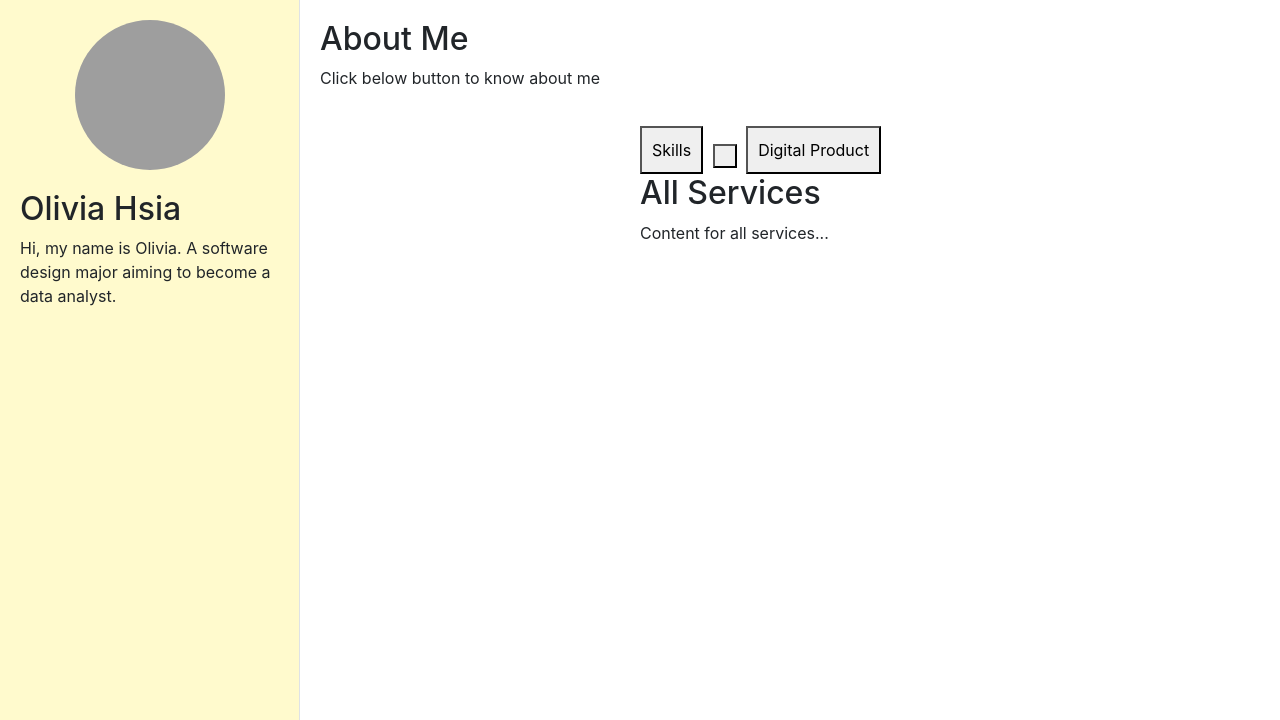
Repository: oliviahsia/FinalProject
Page: src/main/webapp/WEB-INF/main.html
These files come from the project's save history. The page is drawn as it stood at one moment and after the next save; the edit follows.
The browser window is 1280 px wide. The pictures show the whole page.
Pictures or frames that could not be fetched are drawn as grey boxes. An inner scrolling area shows only its first screen. Some web libraries are served in a nearby version.

Above is the page before, as saved 2024-03-08 22:37:33.

### src/main/webapp/WEB-INF/main.html
<!DOCTYPE html>
<html lang="en">

<head>
  <meta charset="UTF-8">
  <meta name="viewport" content="width=device-width, initial-scale=1.0">
  <title>Olivia's Portfolio</title>

  <!-- Bootstrap CSS -->
  <link rel="stylesheet" href="https://stackpath.bootstrapcdn.com/bootstrap/4.5.2/css/bootstrap.min.css">

  <!-- External CSS File -->
  <link rel="stylesheet" href="main.css">
</head>

<body>
  <div class="fixed-left">
    <!-- Content in left column -->
    <img src="https://lh3.googleusercontent.com/a/ACg8ocKWVQM9hWLLmIxDOQ-8DDjxv5seJuP0P7FXzxbhLupS1Ffm=s576-c-no" alt="Olivia Hsia" class="profile-pic">
    <h2>Olivia Hsia</h2>
    <p>Hi, my name is Olivia. A software design major aiming to become a data analyst. </p>
  </div>

  <div class="scrollable-right">
    <!-- Content in right column -->
    <h2>About Me</h2>
    <p>Click below button to know about me</p>

    <div class="scrollable-right">
      <!-- Navigation buttons -->
      <div class="navigation-buttons">
        <button onclick="showSection('all')">Skills</button>
        <button onclick="showSection('call')"></button>
        <button onclick="showSection('digital')">Digital Product</button>
      </div>

      <!-- Content sections -->
      <div id="all" class="content-section">
        <h2>All Services</h2>
        <p>Content for all services...</p>
      </div>
      <div id="call" class="content-section" style="display: none;">
        <h2>1:1 Calls</h2>
        <p>Content for 1:1 calls...</p>
      </div>
      <div id="digital" class="content-section" style="display: none;">
        <h2>Digital Products</h2>
        <p>Content for digital products...</p>
      </div>
    </div>

    <!-- Add more content as needed to enable scrolling -->
  </div>

  <!-- Bootstrap JS and dependencies (Optional) -->
  <script src="https://code.jquery.com/jquery-3.5.1.slim.min.js"></script>
  <script src="https://cdn.jsdelivr.net/npm/@popperjs/core@2.5.4/dist/umd/popper.min.js"></script>
  <script src="https://stackpath.bootstrapcdn.com/bootstrap/4.5.2/js/bootstrap.min.js"></script>

  <script src="js/script.js"></script>
</body>

</html>

### src/main/webapp/WEB-INF/main.css
/* Custom styles */
body,
html {
  height: 100%;
  margin: 0;
  /* Remove default margin */
}

.fixed-left {
  position: fixed;
  top: 0;
  left: 0;
  width: 300px;
  /* Set the width of the left column */
  height: 100%;
  background-color: #FFFACD;
  /* Goose yellow for the left column */
  border-right: 1px solid #dee2e6;
  /* Optional border */
  overflow-x: hidden;
  /* Prevent horizontal scrollbar */
  padding: 20px;
  /* Optional padding */
}

.profile-pic {
  width: 150px;
  /* Adjust the size as needed */
  height: 150px;
  /* Adjust the size as needed */
  border-radius: 50%;
  /* Makes the image round */
  display: block;
  /* To center the image in the div */
  margin: 0 auto 20px;
  /* Centers the image and adds space below */
}

.scrollable-right {
  margin-left: 300px;
  /* Same as the width of the left column */
  padding: 20px;
  height: 100%;
  overflow-y: auto;
  /* Enable vertical scrollbar if content overflows */
  background-color: #FFFFFF;
  /* White for the right column */
}

.navigation-buttons button {
  padding: 10px;
  margin-right: 5px;
  cursor: pointer;
}

.content-section {
  display: none;
  /* Hide all sections by default */
}

/* Initial visible section */
#all {
  display: block;
}

### src/main/webapp/WEB-INF/js/script.js
function showSection(sectionId) {
  // First Hide all sections
  var sections = document.getElementsByClassName('content-section');
  for (var i = 0; i < sections.length; i++) {
    sections[i].style.display = 'none';
  }

  // Show the selected section
  document.getElementById(sectionId).style.display = 'block';
}

After the next save:
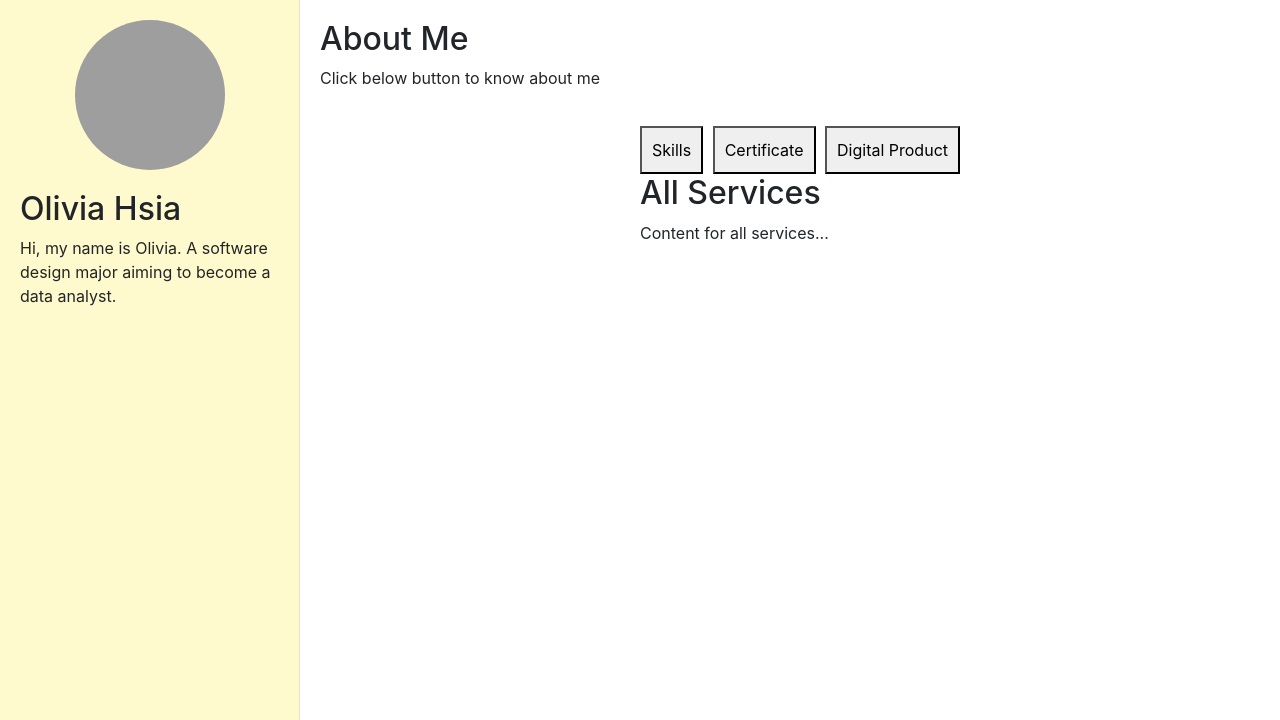
Saved 4 s later.
--- a/src/main/webapp/WEB-INF/main.html
+++ b/src/main/webapp/WEB-INF/main.html
@@ -30,7 +30,7 @@
       <!-- Navigation buttons -->
       <div class="navigation-buttons">
         <button onclick="showSection('all')">Skills</button>
-        <button onclick="showSection('call')"></button>
+        <button onclick="showSection('call')">Certificate</button>
         <button onclick="showSection('digital')">Digital Product</button>
       </div>
 
